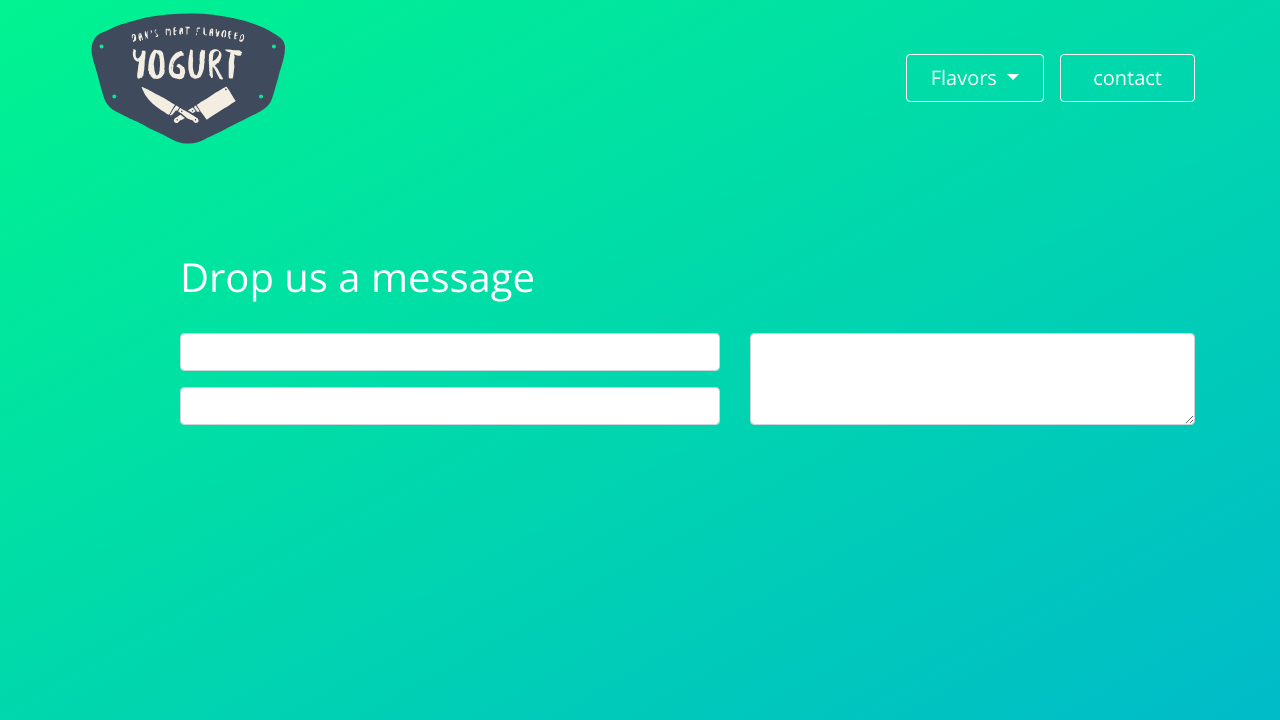
Repository: hoangnam180/Huyen
Page: Form.html
These files come from the project's save history. The page is drawn as it stood at one moment and after the next save; the edit follows.
The browser window is 1280 px wide. The pictures show the whole page.

Above is the page before, as saved 2021-12-03 19:06:51.
Not found: space.scss

### Form.html
<!doctype html>
<html lang="en">

<head>
  <title>Title</title>
  <!-- Required meta tags -->
  <meta charset="utf-8">
  <meta name="viewport" content="width=device-width, initial-scale=1, shrink-to-fit=no">

  <!-- Bootstrap CSS -->
  <link rel="stylesheet" href="https://stackpath.bootstrapcdn.com/bootstrap/4.3.1/css/bootstrap.min.css"
    integrity="sha384-ggOyR0iXCbMQv3Xipma34MD+dH/1fQ784/j6cY/iJTQUOhcWr7x9JvoRxT2MZw1T" crossorigin="anonymous">
  <link rel="stylesheet" href="space.scss">
  <link rel="stylesheet" href="style.css">
  <link rel="preconnect" href="https://fonts.googleapis.com">
  <link rel="preconnect" href="https://fonts.gstatic.com" crossorigin>
  <link href="https://fonts.googleapis.com/css2?family=Abril+Fatface&family=Open+Sans:wght@300;400&display=swap"
    rel="stylesheet">
</head>

<body>
  <div class="container">
    <nav class="navbar navbar-expand-lg navbar-light pr-0 pl-0 ">
      <!-- logo -->
      <a class="navbar-brand " href="#"><img src="images/logo-dans-meat-yogurt.svg" width="207.49" height="130.59"
          alt="logo"></a>
      <!-- logo end -->
      <button class="navbar-toggler border border-white" type="button" data-toggle="collapse"
        data-target="#navbarNavDropdown" aria-controls="navbarNavDropdown" aria-expanded="false"
        aria-label="Toggle navigation">
        <span class="navbar-toggler-icon"></span>
      </button>
      <div class="collapse navbar-collapse" id="navbarNavDropdown">
        <!-- nav -->
        <ul class="navbar-nav ml-auto rounded ">
          <li class="nav-item dropdown border border border-white mr-2 rounded ">
            <a class="nav-link dropdown-toggle text-center text-white pr-4 pl-4" href="#" id="navbarDropdownMenuLink" role="button"
              data-toggle="dropdown" aria-expanded="false">
              Flavors
            </a>
            <div class="dropdown-menu" aria-labelledby="navbarDropdownMenuLink">
              <a class="dropdown-item" href="#">Action</a>
              <a class="dropdown-item" href="#">Another action</a>
              <a class="dropdown-item" href="#">Something else here</a>
              <a class="dropdown-item" href="#">Action</a>
            </div>
          </li>
          <li class="nav-item border border-white ml-2 px-2 rounded ">
            <a class="nav-link text-center text-white  pr-4 pl-4" href="contact.html">contact</a>
          </li>
        </ul>
      </div>
    </nav>
    <!-- end nav -->
    <div class="form">
        <div class="row ">
            <div class="col-11 offset-1 mt-5"><h1 class="text-white mt-5">Drop us a message</h1></div>
        </div>
        <div class="row mt-4">
            <div class="col-6 offset-1">
                <div class="row flex-column">
                    <div class="col">
                        <input type="email" class="form-control">
                    </div>
                    <div class="col">
                        <input type="text" id="" class="form-control mt-3" placeholder="">
                    </div>
                </div>
            </div>
            <div class="col ">
                <textarea style="height: 100%;" class="form-control" placeholder=""></textarea>
            </div>
        </div>
        <div class="row">
            <div class="col-6 offset-1"></div>
        </div>
    </div>
  </div>

  <!-- Optional JavaScript -->
  <!-- jQuery first, then Popper.js, then Bootstrap JS -->
  <script src="https://code.jquery.com/jquery-3.3.1.slim.min.js"
    integrity="sha384-q8i/X+965DzO0rT7abK41JStQIAqVgRVzpbzo5smXKp4YfRvH+8abtTE1Pi6jizo"
    crossorigin="anonymous"></script>
  <script src="https://cdnjs.cloudflare.com/ajax/libs/popper.js/1.14.7/umd/popper.min.js"
    integrity="sha384-UO2eT0CpHqdSJQ6hJty5KVphtPhzWj9WO1clHTMGa3JDZwrnQq4sF86dIHNDz0W1"
    crossorigin="anonymous"></script>
  <script src="https://stackpath.bootstrapcdn.com/bootstrap/4.3.1/js/bootstrap.min.js"
    integrity="sha384-JjSmVgyd0p3pXB1rRibZUAYoIIy6OrQ6VrjIEaFf/nJGzIxFDsf4x0xIM+B07jRM"
    crossorigin="anonymous"></script>
</body>

</html>

### style.css
body{
    background:linear-gradient(to bottom right, #00F490, #00BBC9);
    background-attachment: fixed;
    font-size: 1.25rem;
    font-family:'Open Sans', sans-serif;
}
h5.card-title{
    color: #00F490;
}
h1.display-4{
    font-size: 4.2rem;
    text-shadow: 1px 0px 1px #000000;
    font-family: 'Abril Fatface', cursive;
}
p.lead{
    font-size: 2.25rem;
}
a.btn-outline-light{
    font-size: 1.18rem;
}
.img-top{

    border-radius: 10px 0px 0px 10px;
}
.text-top{
    border-radius: 0px 10px 10px 0px ;
}
span.next{
    margin-right: 100px;
}


@media (min-width: 768px) {
    .bg-white-md{
        background-color: white !important;
    }
    .text-black-md{
       color: #000 !important;
    }

}

After the next save:
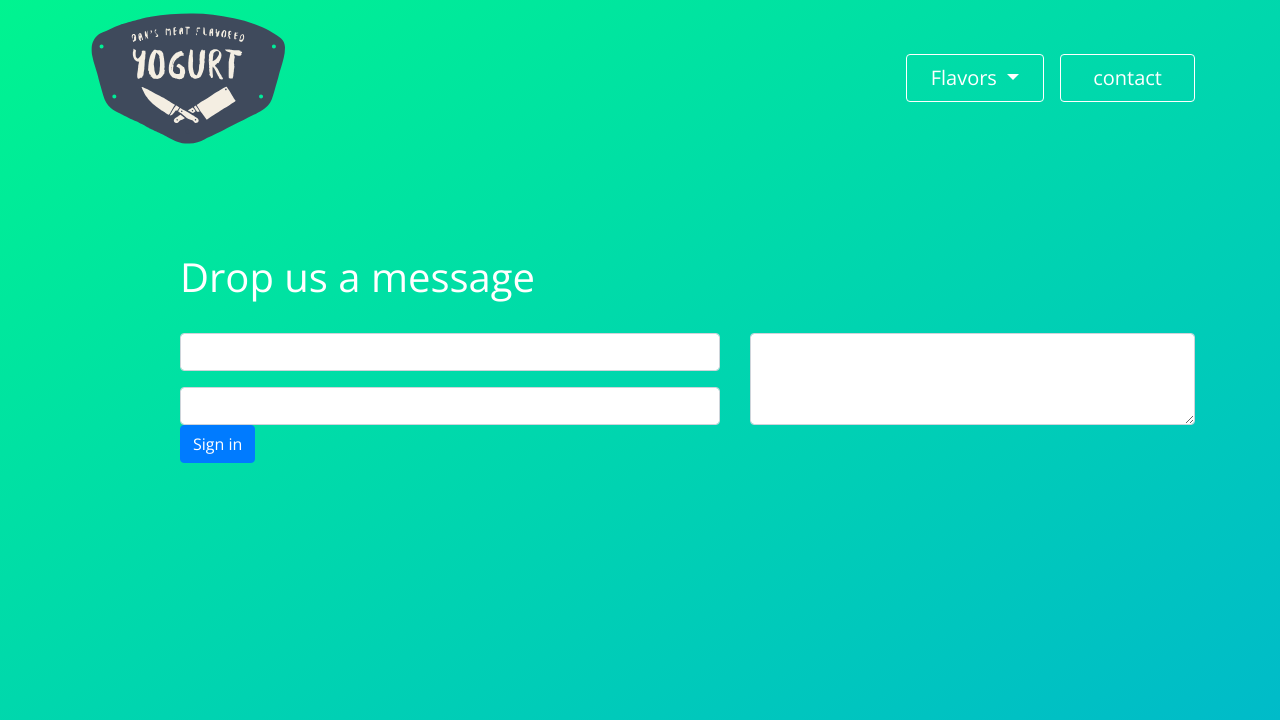
Saved 7 s later.
--- a/Form.html
+++ b/Form.html
@@ -72,7 +72,7 @@
             </div>
         </div>
         <div class="row">
-            <div class="col-6 offset-1"></div>
+            <div class="col-6 offset-1"><button type="submit" class="btn btn-primary">Sign in</button></div>
         </div>
     </div>
   </div>
